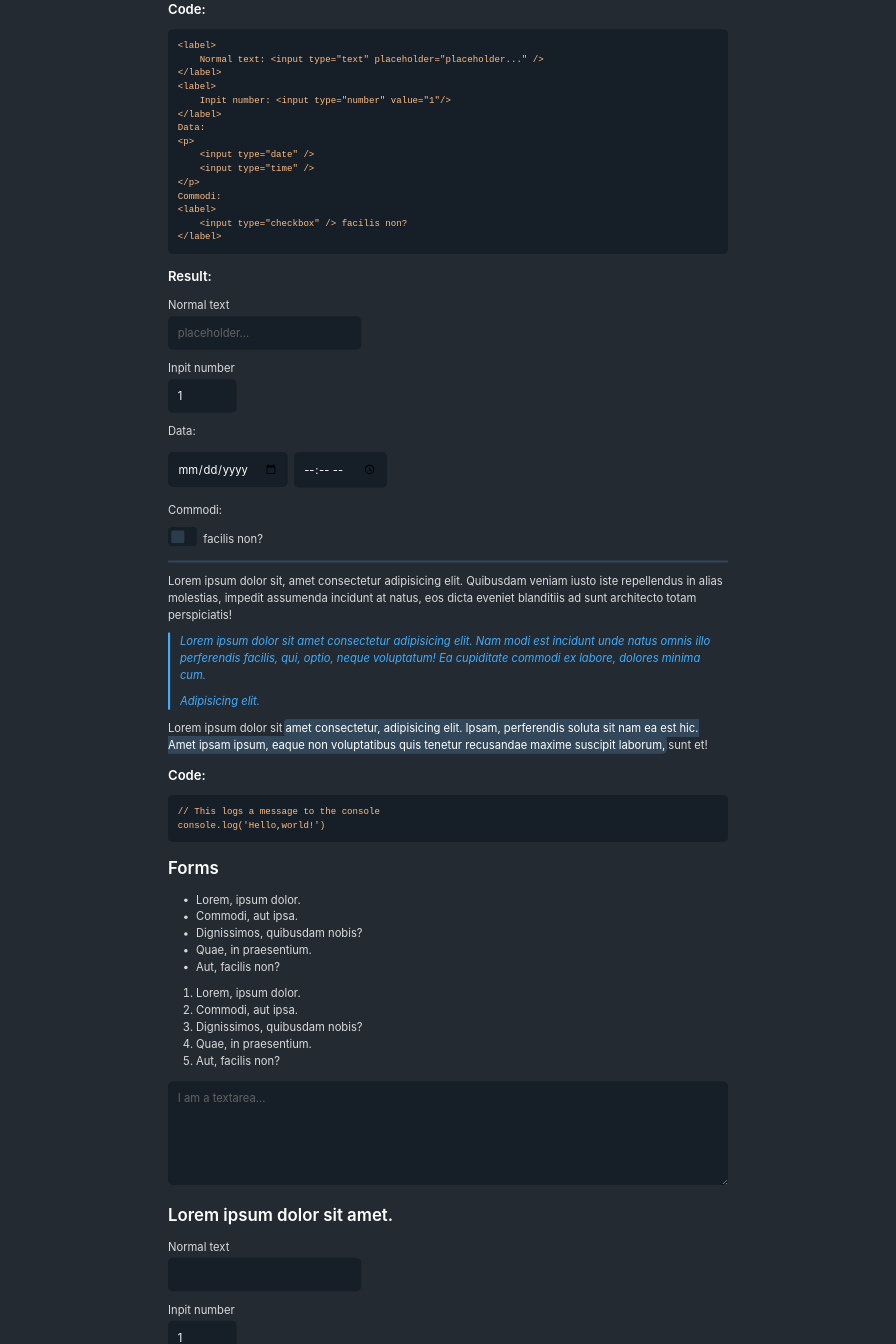
Repository: KozakBartosz/Draft
Page: index.html
The author's editor kept a copy of each file at every save. The page is drawn from the files as they stood at one save, then again after the next save.
The browser window is 1280 px wide. The pictures show the part of the page from y = 624 to 2544 px (the page is 6247 px tall), at 70% of full size.

Above is the page before, as saved 2019-04-12 13:51:09.

### index.html
<!DOCTYPE html>
<html lang="en">
	<head>
		<meta charset="UTF-8" />
		<meta name="viewport" content="width=device-width, initial-scale=1.0" />
		<meta http-equiv="X-UA-Compatible" content="ie=edge" />
		<title>Draft.css</title>
		<link rel="stylesheet" href="draft.css" />
	</head>
	<body style="--sticky: calc(var(--mainpaddng) * 2 + 52px);">
		<header>
			<div style="float: right">
				Thema:
				<select name="" id="changethema">
					<option value="0">Defult</option>
					<option value="1">Defult mini</option>
					<option value="2">Light</option>
					<option value="3">Blood</option>
					<option value="4">Matrix</option>
				</select>
			</div>
			<h1 style="margin-bottom: 0">
				<input type="checkbox" checked="checked" /> Draft.css
			</h1>
		</header>
		<h1>The most simple css framwork</h1>
		<h2>What is <mark>draft.css</mark></h2>
		<p>
			Draft.css is targeted at quickly creating prototypes of forms and
			simple templates. Designed to written html code looked beautiful and
			did not require any class and non-standard elements.
		</p>

		<h2>Idea</h2>
		<p>
			The idea behind <strong>Draft.css</strong> is to create the most
			beautiful, useful and interesting styles without using Javascript.
		</p>
		<h2>How use?</h2>
		<p>
			All you have to do is add this code to the
			<mark>head</mark> section:
		</p>

		<pre><code>&lt;link rel="stylesheet" href="https://test.kozakbartosz.pl/draft/def.css" /&gt;</code></pre>

		<h1>Examples:</h1>

		<h3>Code:</h3>

		<pre><code>&lt;label&gt;<br />&nbsp; &nbsp; Normal text: &lt;input type="text" placeholder="placeholder..." /&gt;<br />&lt;/label&gt;<br />&lt;label&gt;<br />&nbsp; &nbsp; Inpit number: &lt;input type="number" value="1"/&gt;<br />&lt;/label&gt;<br />Data:<br />&lt;p&gt;<br />&nbsp; &nbsp; &lt;input type="date" /&gt;<br />&nbsp; &nbsp; &lt;input type="time" /&gt;<br />&lt;/p&gt;<br />Commodi:<br />&lt;label&gt;<br />&nbsp; &nbsp; &lt;input type="checkbox" /&gt; facilis non?<br />&lt;/label&gt;</code></pre>
		<h3>Result:</h3>
		<label>
			Normal text
			<input type="text" placeholder="placeholder..." />
		</label>
		<label>
			Inpit number
			<input type="number" value="1" />
		</label>
		Data:
		<p>
			<input type="date" />
			<input type="time" />
		</p>
		Commodi:
		<label> <input type="checkbox" /> facilis non? </label>

		<hr />

		<p>
			Lorem ipsum dolor sit, amet consectetur adipisicing elit. Quibusdam
			veniam iusto iste repellendus in alias molestias, impedit assumenda
			incidunt at natus, eos dicta eveniet blanditiis ad sunt architecto
			totam perspiciatis!
		</p>

		<cite>
			<p>
				Lorem ipsum dolor sit amet consectetur adipisicing elit. Nam
				modi est incidunt unde natus omnis illo perferendis facilis,
				qui, optio, neque voluptatum! Ea cupiditate commodi ex labore,
				dolores minima cum.
			</p>
			<p>Adipisicing elit.</p>
		</cite>

		<p>
			Lorem ipsum dolor sit
			<mark
				>amet consectetur, adipisicing elit. Ipsam, perferendis soluta
				sit nam ea est hic. Amet ipsam ipsum, eaque non voluptatibus
				quis tenetur recusandae maxime suscipit laborum,</mark
			>
			sunt et!
		</p>

		<h3>Code:</h3>
		<pre><code>// This logs a message to the console<br />console.log('Hello,world!')</code></pre>

		<h2>Forms</h2>

		<ul>
			<li>Lorem, ipsum dolor.</li>
			<li>Commodi, aut ipsa.</li>
			<li>Dignissimos, quibusdam nobis?</li>
			<li>Quae, in praesentium.</li>
			<li>Aut, facilis non?</li>
		</ul>
		<ol>
			<li>Lorem, ipsum dolor.</li>
			<li>Commodi, aut ipsa.</li>
			<li>Dignissimos, quibusdam nobis?</li>
			<li>Quae, in praesentium.</li>
			<li>Aut, facilis non?</li>
		</ol>
		<textarea
			name="about"
			id="about"
			placeholder="I am a textarea..."
			rows="6"
		></textarea>
		<h2>Lorem ipsum dolor sit amet.</h2>
		<label>
			Normal text
			<input type="text" />
		</label>
		<label>
			Inpit number <input type="number" / value="1">
		</label>
		Date:
		<p>
			<input type="date" />
			<input type="time" />
		</p>
		<label>
			Nazwa:
			<select name="" id="">
				<option value="">Wybierz</option>
				<option value="">Fuga aut vero</option>
				<option value="">veritatis accusamus</option>
				<option value="">quam</option>
			</select>
		</label>
		<label>
			Nazwa:
			<select name="" id="" multiple>
				<option value="">consectetur adipisicing</option>
				<option value="">Nemo nihil unde</option>
				<option value="">animi mollitia</option>
				<option value="">dolor sit amet</option>
			</select>
		</label>

		<h2>Simple table</h2>

		<table>
			<tr>
				<th>lorem</th>
				<th>lorem</th>
				<th>lorem</th>
			</tr>
			<tr>
				<td>lorem</td>
				<td>lorem</td>
				<td>lorem</td>
			</tr>
			<tr>
				<td>lorem</td>
				<td>lorem</td>
				<td>lorem</td>
			</tr>
		</table>

		<h2>Adv table</h2>
		<p>
			When we added the <code>&lt;thead&gt;</code> and
			<code>&lt;tbody&gt;</code> table has
			<code>table-layout: fixed</code> and
			<code>position: sticky</code> for thead
		</p>

		<table>
			<thead>
				<tr>
					<th width="5%">#</th>
					<th>Kod</th>
					<th>Nazwa</th>
					<th>Opis</th>
					<th width="120px"></th>
				</tr>
			</thead>
			<tbody>
				<tr>
					<td width="5%">1</td>
					<td><code>EDG-651</code></td>
					<td>Lorem ipsum dolor</td>
					<td>
						Lorem ipsum dolor sit amet, consectetur adipisicing
						elitdolor sitamet
					</td>
					<td width="120px" style="text-align: right;">
						<input type="checkbox" />
					</td>
				</tr>
				<tr>
					<td width="5%">2</td>
					<td><code>EDG-652</code></td>
					<td>Lorem ipsum dolor</td>
					<td>
						Lorem ipsum dolor sit amet, consectetur adipisicing
						elitdolor sitamet
					</td>
					<td width="120px" style="text-align: right;">
						<input type="checkbox" />
					</td>
				</tr>
				<tr>
					<td width="5%">3</td>
					<td><code>EDX-652*</code></td>
					<td>Lorem ipsum dolor</td>
					<td>
						Lorem ipsum dolor sit amet, consectetur adipisicing
						elitdolor sitamet
					</td>
					<td width="120px" style="text-align: right;">
						<input type="checkbox" />
					</td>
				</tr>
				<tr>
					<td width="5%">5</td>
					<td><code>EDD-655</code></td>
					<td>Lorem ipsum dolor</td>
					<td>
						Lorem ipsum dolor sit amet, consectetur adipisicing
						elitdolor sitamet
					</td>
					<td width="120px" style="text-align: right;">
						<input type="checkbox" />
					</td>
				</tr>
			</tbody>
			<tfoot>
				<tr>
					<td colspan="4">Lorem ipsum doreta: <b>3</b></td>
					<td width="120px"><button>Remove</button></td>
				</tr>
			</tfoot>
		</table>

		<h3>Checkbox</h3>
		<label> <input type="checkbox" /> Ale ma kota </label>

		<label> <input type="checkbox" /> Ale ma kota2 </label>

		<label> <input type="checkbox" /> Ale ma kota3 </label>

		<h3>Radio</h3>
		<label> <input type="radio" name="radio" /> Ale ma kota </label>
		<label> <input type="radio" name="radio" /> Ale ma kota2 </label>
		<label> <input type="radio" name="radio" /> Ale ma kota3 </label>

		<hr />

		<h2>Search</h2>

		<fieldset class="search">
			<legend>Szukaj</legend>
			<form action="produkty,szukaj" method="get">
				<input
					type="text"
					name="q"
					placeholder="Wpisz czego szukasz..."
				/>
				<button>Szukaj</button>
			</form>
		</fieldset>

		<h2>Change button color by html</h2>

		<h2>Code</h2>
		<pre><code>&lt;button&gt;Exit&lt;/button&gt;<br>&lt;button style="--button: #7e1616; --buttonhover: #b40d0d;"&gt;
	Ok<br>&lt;/button&gt;</code></pre>

		<h3>result</h3>
		<button>Exit</button>
		<button style="--button: #7e1616; --buttonhover: #b40d0d;">
			Ok
		</button>

		<h2>Details</h2>

		<details>
			<summary>Szczypta detali</summary>
			<p>Informacje szczegółowe na dany temat.</p>
		</details>

		<details open>
			<summary>Jeszcze wiecej szczegółów</summary>
			<p>Tu jest jeszcze wiecej informacji szczegółowych</p>
		</details>

		<details>
			<summary>Jeszcze wiecej szczegółów</summary>
			<p>
				Lorem ipsum dolor sit amet consectetur adipisicing elit. Minima
				fugiat explicabo assumenda ducimus nobis aliquid esse, ad ab
				sapiente officiis repellat et, nisi atque itaque autem ut
				architecto tempore consequatur.
			</p>
		</details>

		<h2>Real Form</h2>

		<details>
			<summary>Jeszcze wiecej szczegółów</summary>
			<p>
				Lorem ipsum dolor sit amet consectetur adipisicing elit. Minima
				fugiat explicabo assumenda ducimus nobis aliquid esse, ad ab
				sapiente officiis repellat et, nisi atque itaque autem ut
				architecto tempore consequatur.
			</p>
		</details>

		<form>
			<label for="email">Email</label>
			<input
				type="email"
				name="email"
				required=""
				id="email"
				value=""
				placeholder="john.doe@gmail.com"
			/>
			<label for="text">Text</label>
			<input
				type="text"
				name="email"
				required=""
				id="text"
				value=""
				placeholder="john.doe@gmail.com"
			/>

			<label for="id">User id (read only)</label>
			<input readonly="" name="id" id="id" value="04D6H89Z" />

			<label for="disabled">Random disabled input</label>
			<input
				disabled=""
				name="disabled"
				id="disabled"
				placeholder="Because why not?"
			/>

			<label for="about">About me</label>

			<input type="checkbox" name="remember" id="remember" checked="" />
			<label for="remember">Remember me</label>

			<input type="submit" />
		</form>

		<p>
			<strong>Lorem ipsum</strong> dolor sit,
			<a href="">amet consectetur adipisicing</a> elit.
			<i>Hic nobis</i> atque eligendi voluptatum doloribus rem praesentium
			veniam quo delectus explicabo, architecto ipsam ipsa unde vitae
			excepturi iusto nesciunt placeat ducimus.
		</p>
		<p>
			Lorem ipsum dolor sit amet consectetur adipisicing elit. Enim saepe
			quisquam delectus accusantium nam recusandae obcaecati ullam, non
			neque <a href="">commodi modi tempore </a>magni magnam. Tenetur
			officiis mollitia facere libero sint.
		</p>
		<h4>Lorem ipsum dolor sit amet.</h4>
		<p>
			Lorem ipsum dolor, sit amet consectetur adipisicing elit. Possimus,
			vero quibusdam. Rerum libero nihil aspernatur, ipsam vel voluptatem
			inventore quasi. Odit, sapiente? Delectus beatae laudantium sapiente
			cupiditate et libero? Corrupti.
		</p>

		<button>Send</button>
		<script>
			var themes = [
				[
					{ brand: "#41adff" },
					{ mainbg: "#232a31" },
					{ mainpaddng: "14px" },
					{ radius: "7px" },

					{ low: "#161f27" },
					{ like: "#2b3c4b" },
					{ midi: "#324759" },
					{ hight: "#0b7392" },

					{ text: "#dbdbdb" },
					{ textContrast: "#fff" },

					{ code: "#ffbe85" },

					{ button: "#2b3c4a" },
					{ buttonhover: "#334a5e" },
					{ buttontext: "#fff" },

					{ fillhover: "#1b2731" }
				],
				[
					{ brand: "#41adff" },
					{ mainbg: "#232a31" },
					{ mainpaddng: "12px" },
					{ radius: "12px" },

					{ low: "#161f27" },
					{ like: "#2b3c4b" },
					{ midi: "#324759" },
					{ hight: "#0b7392" },

					{ text: "#dbdbdb" },
					{ textContrast: "#fff" },

					{ code: "#ffbe85" },

					{ button: "#2b3c4a" },
					{ buttonhover: "#334a5e" },
					{ buttontext: "#fff" },

					{ fillhover: "#1b2731" }
				],
				[
					{ brand: "#41adff" },
					{ mainbg: "#ffffff" },
					{ mainpaddng: "14px" },
					{ radius: "7px" },

					{ low: "#e8f1fa" },
					{ like: "#cfe2f7" },
					{ midi: "#b2cee7" },
					{ hight: "#1db5e4" },

					{ text: "#3f4646" },
					{ textContrast: "#1a1f1f" },

					{ code: "#20595f" },

					{ button: "#3dcca1" },
					{ buttonhover: "#34e0ad" },
					{ buttontext: "#fff" },

					{ fillhover: "#e8f5ff" }
				],
				[
					{ mainpaddng: "18px" },
					{ radius: "3px" },
					{ brand: "#c21a1a" },
					{ mainbg: "#312323" },

					{ code: "#ffbe85" },

					{ text: "#dbdbdb" },
					{ textContrast: "#fff" },

					{ button: "#4a2b2b" },
					{ buttonhover: "#5e3333" },
					{ buttontext: "#fff" },

					{ fillhover: "#311b1b" },

					{ low: "#271616" },
					{ like: "#4b2b2b" },
					{ midi: "#593232" },
					{ hight: "#800f0f" }
				],
				[
					{ mainpaddng: "11px" },
					{ radius: "13px" },
					{ brand: "#1ac260" },
					{ mainbg: "#233126" },

					{ code: "#c0ff85" },

					{ text: "#dbdbdb" },
					{ textContrast: "#fff" },

					{ button: "#324a2b" },
					{ buttonhover: "#385e33" },
					{ buttontext: "#fff" },

					{ fillhover: "#1b3122" },

					{ low: "#162717" },
					{ like: "#2b4b2e" },
					{ midi: "#32593f" },
					{ hight: "#0f803a" }
				]
			];

			let changethema = document.getElementById("changethema");
			let root = document.documentElement;
			changethema.addEventListener("change", e => {
				console.log(e);
				var theme = themes[e.target.value];
				theme.forEach(element => {
					var k = Object.keys(element)[0];
					root.style.setProperty("--" + k, element[k]);
				});
			});
		</script>
	</body>
</html>

### draft.css
/* TO DO */
/* <details> */
:root {
	--brand: #41adff;
	--mainbg: #232a31;
	--mainpaddng: 14px;
	--radius: 7px;

	--low: #161f27;
	--like: #2b3c4b;
	--midi: #324759;
	--hight: #0b7392;

	--text: #dbdbdb;
	--textContrast: #fff;

	--code: #ffbe85;

	--button: #2b3c4a;
	--buttonhover: #334a5e;
	--buttontext: #fff;

	--fillhover: #1b2731;

	--sticky: 0px;
}
/*
:root {
	--brand: #41adff;
	--mainbg: #ffffff;
	--mainpaddng: 14px;
	--radius: 7px;

	--low: #e8f1fa;
	--like: #cfe2f7;
	--midi: #b2cee7;
	--hight: #1db5e4;

	--text: #3f4646;
	--textContrast: #1a1f1f;

	--code: #20595f;

	--button: #3dcca1;
	--buttonhover: #34e0ad;
	--buttontext: #fff;

	--fillhover: #e8f5ff;
} */

/* :root {
	--mainpaddng: 18px;
	--radius: 3px;
	--brand: #c21a1a;
	--mainbg: #312323;

	--code: #ffbe85;

	--text: #dbdbdb;
	--textContrast: #fff;

	--button: #4a2b2b;
	--buttonhover: #5e3333;
	--buttontext: #fff;

	--fillhover: #311b1b;

	--low: #271616;
	--like: #4b2b2b;
	--midi: #593232;
	--hight: #800f0f;
} */

/* :root {
	--mainpaddng: 11px;
	--radius: 13px;
	--brand: #1ac260;
	--mainbg: #233126;

	--code: #c0ff85;

	--text: #dbdbdb;
	--textContrast: #fff;

	--button: #324a2b;
	--buttonhover: #385e33;
	--buttontext: #fff;

	--fillhover: #1b3122;

	--low: #162717;
	--like: #2b4b2e;
	--midi: #32593f;
	--hight: #0f803a;
} */
body {
	font-family: -apple-system, BlinkMacSystemFont, "Segoe UI", "Roboto",
		"Oxygen", "Ubuntu", "Cantarell", "Fira Sans", "Droid Sans",
		"Helvetica Neue", sans-serif;
	line-height: 1.5;
	max-width: 800px;
	margin: 0px auto var(--mainpaddng);
	padding: 0 var(--mainpaddng);
	color: var(--text);
	background: var(--mainbg);
	text-rendering: optimizeLegibility;
}

label {
	display: block;
}
a,
a:active,
button,
button:active,
input,
input:active,
textarea,
details,
summary,
th,
td {
	outline: none;
	box-shadow: none;
	transition: background-color 0.2s ease, box-shadow 0.2s ease,
		transform 0.2s ease;
}
h1 {
	font-size: 2.2em;
	margin-top: 0;
}
h1,
h2,
h3,
h4,
h5,
h6 {
	margin-bottom: 12px;
}
h1,
h2,
h3,
h4,
h5,
h6,
strong {
	color: var(--textContrast);
	font-weight: 600;
}
button,
input[type="submit"],
input[type="button"],
input[type="checkbox"],
input[type="radio"] {
	cursor: pointer;
	display: inline-block;
}

input,
select,
button,
textarea {
	/* display: block; */
	color: var(--textContrast);
	background-color: var(--low);
	font-family: inherit;
	font-size: inherit;
	margin: 4px 4px 6px 0;
	padding: var(--mainpaddng);
	border: none;
	border-radius: var(--radius);
	outline: none;
	-webkit-appearance: none;
	vertical-align: middle;
}
input[type="number"] {
	max-width: calc(var(--mainpaddng) * 5);
}

button:hover,
input:hover,
select:hover,
textarea:hover,
textarea:hover {
	background-color: var(--fillhover);
}

label > input,
label > select {
	display: block;
}

textarea {
	margin-right: 0;
	width: 100%;
	box-sizing: border-box;
	resize: vertical;
}
button,
input[type="submit"],
input[type="button"] {
	color: var(--buttontext);
	background-color: var(--button);
	padding: var(--mainpaddng) calc(var(--mainpaddng) * 2);
}

select:not([multiple]) {
	padding-right: calc(var(--mainpaddng) * 3);
	background: var(--low)
		url("data:[embedded picture, 198 characters]")
		100% 50%/27px 7px no-repeat;
}

/* input:not([value=""]):invalid,
select:not([value=""]):invalid,
textarea:not([value=""]):invalid {
	box-shadow: 0 0 0 2px darkred;
} */

input:focus,
select:focus,
button:focus,
textarea:focus {
	background-color: var(--fillhover);
	box-shadow: 0 0 0 2px var(--hight);
}

button:focus,
input[type="submit"]:focus,
input[type="button"]:focus {
	background-color: var(--buttonhover);
}

button:hover,
input[type="submit"]:hover,
input[type="button"]:hover {
	background-color: var(--buttonhover);
	box-shadow: 0 5px 20px -5px rgba(0, 0, 0, 0.35), 0 3px 0 0 var(--button);
	transform: translateY(-3px);
}
button:active,
input[type="submit"]:active,
input[type="button"]:active {
	transform: translateY(0px);
	box-shadow: 0 5px 20px -5px rgba(0, 0, 0, 0.35);
}

input:disabled {
	cursor: not-allowed;
	opacity: 0.5;
}

input[type="radio"],
input[type="checkbox"] {
	margin-top: -2px;
	transition: background-color 0.25s ease,
		box-shadow 0.25s cubic-bezier(0.53, 1.59, 0.51, 1);
}
input[type="checkbox"] {
	background-color: var(--like);
	width: calc(var(--mainpaddng) * 3);
	box-shadow: calc(var(--mainpaddng) * -1) 0 0 calc(var(--mainpaddng) / 3)
			var(--low) inset,
		0 0 0 calc(var(--mainpaddng) / 3) var(--low) inset;
}
input[type="checkbox"]:hover,
input[type="radio"]:hover {
	background-color: var(--midi);
}
input[type="checkbox"]:focus {
	box-shadow: calc(var(--mainpaddng) * -1) 0 0 calc(var(--mainpaddng) / 3)
			var(--low) inset,
		0 0 0 calc(var(--mainpaddng) / 3) var(--low) inset,
		0 0 0 2px var(--hight);
}

input[type="radio"] {
	border-radius: 100%;
	box-shadow: 0 0 0 calc(var(--mainpaddng) / 2) var(--low) inset;
}
input[type="checkbox"]:checked,
input[type="radio"]:checked {
	box-shadow: 0 0 0 calc(var(--mainpaddng) / 3) var(--low) inset,
		0 0 0 2px var(--hight), 0 0 0 1px var(--low);
	background-color: var(--brand);
}

input[type="checkbox"]:checked {
	box-shadow: var(--mainpaddng) 0 0 calc(var(--mainpaddng) / 3) var(--low)
			inset,
		0 0 0 calc(var(--mainpaddng) / 3) var(--low) inset,
		0 0 0 2px var(--hight);
}

::placeholder {
	color: #636363;
}
a {
	text-decoration: none;
	color: var(--hight);
}
a:hover {
	text-decoration: underline;
	color: var(--brand);
}

mark {
	background: linear-gradient(var(--brand), var(--brand)) 50% 100%/100% 40%
		no-repeat;
	background: var(--midi);
	padding: 3px;
	margin: -3px;
	/* text-shadow: 1px 1px 1px var(--mainbg), -1px 1px 1px var(--mainbg),
		0px 1px 1px var(--mainbg); */
	color: var(--textContrast);
	border-radius: var(--radius);
}

ul,
ol,
label,
code,
p {
	margin: var(--mainpaddng) 0;
}

code,
kbd {
	background: var(--low);
	color: var(--code);
	padding: 4px;
	border-radius: var(--radius);
}

cite,
q {
	display: block;
	margin: var(--mainpaddng) 0;
	color: var(--brand);
	/* border-radius: var(--radius); */
	padding: 0 var(--mainpaddng);
	border-left: 3px solid var(--brand);
}

/* pre {
	margin: 0 calc(var(--mainpaddng) * -1);
} */
pre > code {
	display: block;
	overflow-x: auto;
	padding: var(--mainpaddng);
}
img {
	max-width: 100%;
}
hr {
	margin: var(--mainpaddng) 0;
	border: none;
	height: 3px;
	border-radius: calc(var(--radius) / 6);
	background: var(--midi);
}
fieldset {
	border: 3px solid var(--midi);
	border-radius: var(--radius);
}
fieldset > legend {
	font-weight: 600;
	color: var(--textContrast);
	padding: calc(var(--mainpaddng) / 2) calc(var(--mainpaddng));
}

details {
	padding: var(--mainpaddng);
	border-radius: var(--radius);
	padding-bottom: calc(var(--mainpaddng) + var(--radius));
	background: var(--low);
}

details:last-of-type {
	padding-bottom: var(--mainpaddng);
}

details + details {
	margin-top: calc(var(--radius) * -1);
	border-top: 1px solid var(--mainbg);
	border-radius: 0 0 var(--radius) var(--radius);
}

details[open],
details:hover:not([open]) {
	background: var(--like);
	z-index: 1;
}
details summary {
	cursor: pointer;
	margin: calc(var(--mainpaddng) * -1);
	padding: var(--mainpaddng);
}

table {
	/* display: block; */
	/* overflow-x: auto; */
	/* border-collapse: collapse; */
	margin: var(--mainpaddng) -1px;
	width: calc(100% + 2px);
	border-spacing: 1px;
	position: relative;
}
tbody,
tfoot,
thead {
	border-radius: calc(var(--radius) + 2px);
	overflow: hidden;
	background: var(--mainbg);
	table-layout: fixed;
	position: relative;
	z-index: 0;
	display: table;
	width: calc(100% + 2px);
}

header,
thead {
	background: var(--mainbg);
	position: sticky;
	top: var(--sticky);
	z-index: 5;
	box-shadow: 0px 12px 15px -15px rgba(0, 0, 0, 0.35);
}
header {
	z-index: 10;
	top: 0px;
	display: block;
	padding: var(--mainpaddng);
	margin: 0 calc(var(--mainpaddng) * -1) var(--mainpaddng);
}
td,
th {
	padding: var(--mainpaddng);
	background: var(--low);
}
th {
	color: var(--textContrast);
}
tr:hover td {
	background-color: var(--fillhover);
}

After the next save:
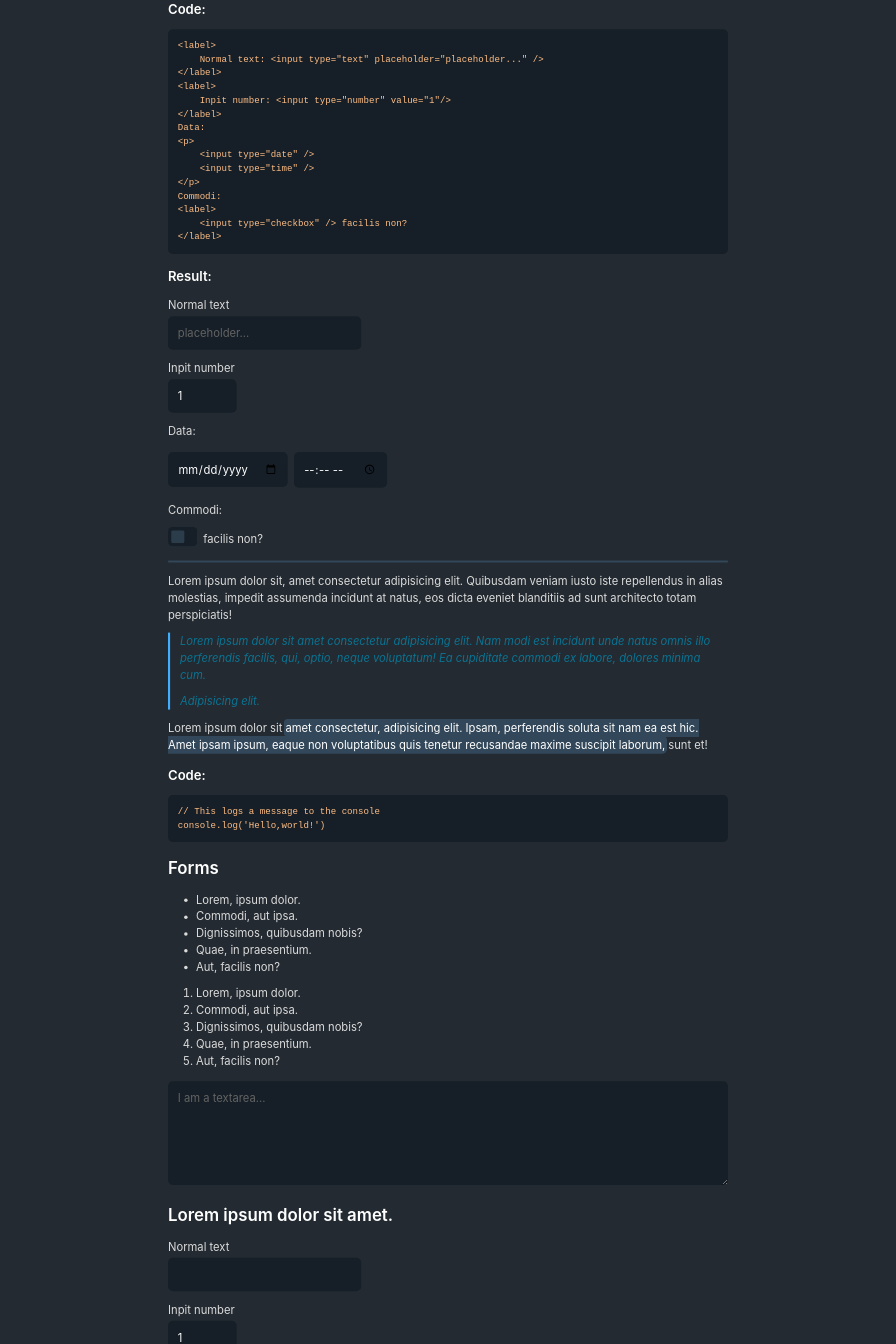
Saved 8 s later.
--- a/draft.css
+++ b/draft.css
@@ -336,7 +336,7 @@ cite,
 q {
 	display: block;
 	margin: var(--mainpaddng) 0;
-	color: var(--brand);
+	color: var(--hight);
 	/* border-radius: var(--radius); */
 	padding: 0 var(--mainpaddng);
 	border-left: 3px solid var(--brand);
